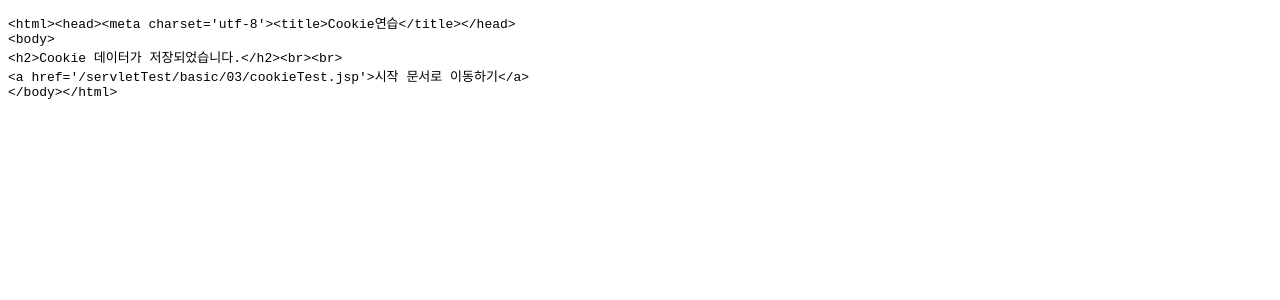
Repository: p2terkim/servletWork
Page: http://localhost/servletTest/CookieAddServlet.do
An editor plug-in stored every save of this project. The page is shown before and after the next save, followed by the edit.
The browser window is 1280 px wide. The pictures show the whole page.
The page is served by Tomcat 9. Other server files are loaded and not shown.

Above is the page before, as saved 2021-05-17 07:20:50.

### servletTest/src/kr/or/ddit/basic/cookie/CookieAddServlet.java
package kr.or.ddit.basic.cookie;

import java.io.IOException;
import java.io.PrintWriter;
import java.net.URLEncoder;

import javax.servlet.ServletException;
import javax.servlet.annotation.WebServlet;
import javax.servlet.http.Cookie;
import javax.servlet.http.HttpServlet;
import javax.servlet.http.HttpServletRequest;
import javax.servlet.http.HttpServletResponse;


@WebServlet("/CookieAddServlet.do")
public class CookieAddServlet extends HttpServlet {
	private static final long serialVersionUID = 1L;

	protected void doGet(HttpServletRequest request, HttpServletResponse response) throws ServletException, IOException {
		response.setCharacterEncoding("utf-8");
		response.setContentType("text/html); charset=utf-8");
		PrintWriter out = response.getWriter();

		//Cookie 정보 저장하는 방법
		//1. Cookie 객체를 생성한다. ==> '쿠키변수'와 '쿠키값'을 문자열로 지정한다.,
		//	형식) Cookie cookie 변수 = new Cookie('쿠키변수', '쿠키값');
		// 쿠키값이 한글일 경우에는 URLEncoder.encode()메서드로 인코딩한 후 저장한다.

		Cookie nameCookie = new Cookie("name", URLEncoder.encode("홍길동", "utf-8"));
		//Cookie ageCookie = new Cookie("age", "26");
		Cookie ageCookie = new Cookie("age", String.valueOf(26));
		Cookie genderCookie = new Cookie("gender", "Male");

		//2.쿠키 속성 설정
		//nameCookie.setPath("적용경로");	//지정한 경로와 그 하위 경로에서 사용 가능하다.
		//										==> 생략하면 쿠키를 설정할 당시의 경로가 설정된다.
		//nameCookie.setMaxAge(유지시간);	//단위 : 초
		//				==> (-1(기본값) : 브라우저가 종료될 때까지 유지된다.)
		//				==> 0 : 즉시 쿠키가 삭제된다.
		//nameCookie.setDomain("적용도메인명");
		//		==> 예) ".ddit.or.kr" ==> www.ddit.or.kr, mail.ddit.or.kr, ...
		//nameCookie.setSecure(보안여부);	//(적용:true, 미적용:false)

		System.out.println("path : " + nameCookie.getPath());
		//....

		//3.response 객체를 이용해서 쿠키를 웹브라우저로 보내면 웹브라우저가 이 쿠키를 받아서 저장한다.
		// 형식) response.addCookie(1번에서 만든 쿠키변수);
		response.addCookie(nameCookie);
		response.addCookie(ageCookie);
		response.addCookie(genderCookie);

		out.println("<html><head><meta charset='utf-8'><title>Cookie연습</title></head>");
		out.println("<body>");
		out.println("<h2>Cookie 데이터가 저장되었습니다.</h2><br><br>");
		out.println("<a href='"+ request.getContextPath() + "/basic/03/cookieTest.jsp'>"
				 + "시작 문서로 이동하기</a>");
		out.println("</body></html>");







	}

	protected void doPost(HttpServletRequest request, HttpServletResponse response) throws ServletException, IOException {
		doGet(request, response);
	}

}

After the next save:
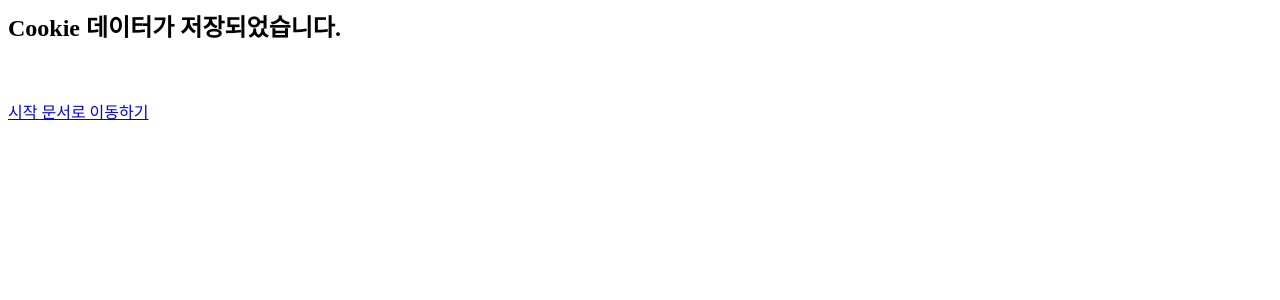
Saved 3 min 18 s later.
--- a/servletTest/src/kr/or/ddit/basic/cookie/CookieAddServlet.java
+++ b/servletTest/src/kr/or/ddit/basic/cookie/CookieAddServlet.java
@@ -49,7 +49,7 @@ public class CookieAddServlet extends HttpServlet {
 		response.addCookie(nameCookie);
 		response.addCookie(ageCookie);
 		response.addCookie(genderCookie);
-
+		response.setContentType("text/html; charset=utf-8");
 		out.println("<html><head><meta charset='utf-8'><title>Cookie연습</title></head>");
 		out.println("<body>");
 		out.println("<h2>Cookie 데이터가 저장되었습니다.</h2><br><br>");
